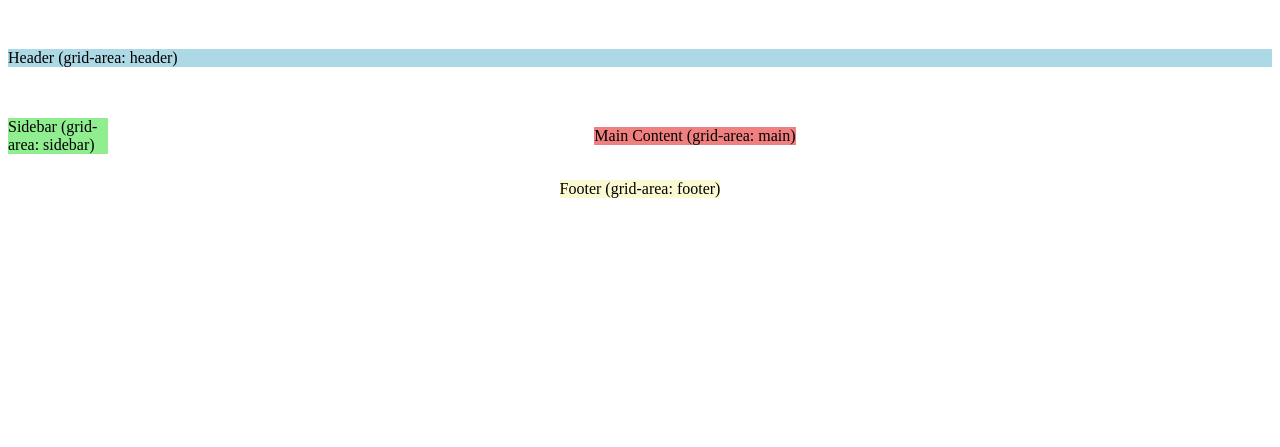
Repository: notgudmewhathuh12122334354556/GroceryInventory
Page: grid.html
The author's editor kept a copy of each file at every save. The page is drawn from the files as they stood at one save, then again after the next save.
The browser window is 1280 px wide. The pictures show the whole page.

Above is the page before, as saved 2024-11-19 22:39:40.

### grid.html
<!DOCTYPE html>
<html lang="en">
<head>
  <meta charset="UTF-8">
  <meta name="viewport" content="width=device-width, initial-scale=1.0">
  <title>All Grid Box CSS</title>
  <style>
    /* Grid Container */
    .container {
      display: grid;
      grid-template-columns: 100px 1fr 1fr; /* Fixed + flexible columns */
      grid-template-rows: 100px auto 50px; /* Custom row heights */
      gap: 10px; /* Space between items */
      grid-template-areas:
        "header header header"
        "sidebar main main"
        "footer footer footer";
      justify-items: center; /* Center items horizontally */
      align-items: center; /* Center items vertically */
      justify-content: space-between; /* Space between grid lines horizontally */
      align-content: center; /* Space between grid lines vertically */
    }

    /* Grid Items */
    .header {
      grid-area: header;
      background-color: lightblue;
      justify-self: stretch; /* Stretch horizontally */
    }

    .sidebar {
      grid-area: sidebar;
      background-color: lightgreen;
      align-self: start; /* Align at the top vertically */
    }

    .main {
      grid-area: main;
      background-color: lightcoral;
    }

    .footer {
      grid-area: footer;
      background-color: lightgoldenrodyellow;
    }

    /* Responsive Layout */
    @media (max-width: 600px) {
      .container {
        grid-template-columns: repeat(auto-fit, minmax(100px, 1fr)); /* Adjust for smaller screens */
        grid-template-areas:
          "header"
          "main"
          "sidebar"
          "footer";
      }
    }
  </style>
</head>
<body>
  <div class="container">
    <div class="header">Header (grid-area: header)</div>
    <div class="sidebar">Sidebar (grid-area: sidebar)</div>
    <div class="main">Main Content (grid-area: main)</div>
    <div class="footer">Footer (grid-area: footer)</div>
  </div>
</body>
</html>

After the next save:
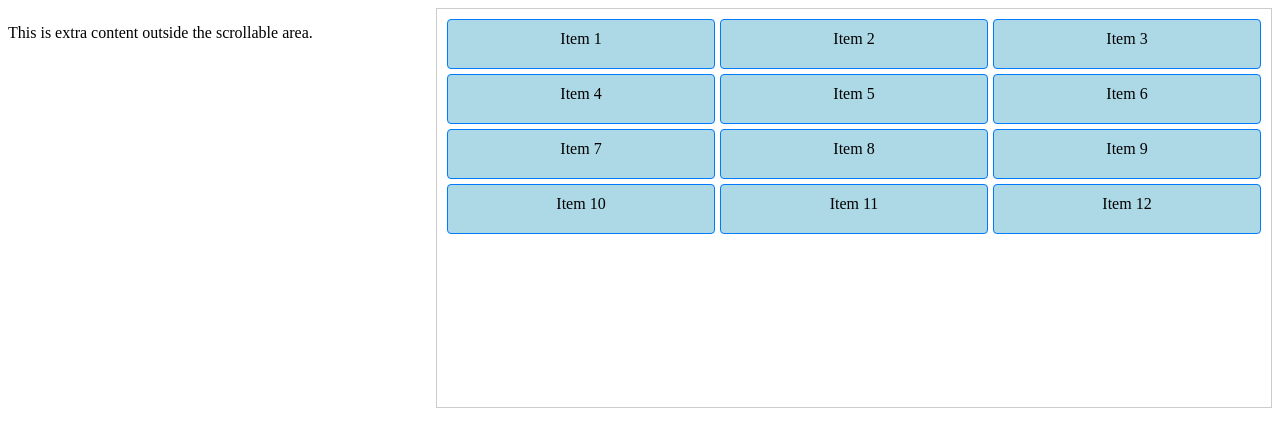
Saved 2 min 42 s later.
--- a/grid.html
+++ b/grid.html
@@ -3,66 +3,66 @@
 <head>
   <meta charset="UTF-8">
   <meta name="viewport" content="width=device-width, initial-scale=1.0">
-  <title>All Grid Box CSS</title>
+  <title>Scrollable Grid Inside Div</title>
   <style>
-    /* Grid Container */
+    /* Outer Container */
     .container {
       display: grid;
-      grid-template-columns: 100px 1fr 1fr; /* Fixed + flexible columns */
-      grid-template-rows: 100px auto 50px; /* Custom row heights */
-      gap: 10px; /* Space between items */
-      grid-template-areas:
-        "header header header"
-        "sidebar main main"
-        "footer footer footer";
-      justify-items: center; /* Center items horizontally */
-      align-items: center; /* Center items vertically */
-      justify-content: space-between; /* Space between grid lines horizontally */
-      align-content: center; /* Space between grid lines vertically */
+      grid-template-columns: 1fr 2fr; /* Two-column layout */
+      gap: 10px;
+      height: 400px; /* Set height for demonstration */
+    }
+
+    /* Scrollable Div */
+    .scrollable {
+      overflow-y: auto; /* Enables vertical scrolling */
+      max-height: 100%; /* Restrict height */
+      padding: 10px;
+      border: 1px solid #ccc;
+    }
+
+    /* Grid Inside Scrollable Div */
+    .scrollable-grid {
+      display: grid;
+      grid-template-columns: repeat(3, 1fr); /* Three columns */
+      grid-auto-rows: minmax(50px, auto); /* Dynamic rows */
+      gap: 5px;
     }
 
     /* Grid Items */
-    .header {
-      grid-area: header;
+    .grid-item {
       background-color: lightblue;
-      justify-self: stretch; /* Stretch horizontally */
-    }
-
-    .sidebar {
-      grid-area: sidebar;
-      background-color: lightgreen;
-      align-self: start; /* Align at the top vertically */
-    }
-
-    .main {
-      grid-area: main;
-      background-color: lightcoral;
-    }
-
-    .footer {
-      grid-area: footer;
-      background-color: lightgoldenrodyellow;
-    }
-
-    /* Responsive Layout */
-    @media (max-width: 600px) {
-      .container {
-        grid-template-columns: repeat(auto-fit, minmax(100px, 1fr)); /* Adjust for smaller screens */
-        grid-template-areas:
-          "header"
-          "main"
-          "sidebar"
-          "footer";
-      }
+      text-align: center;
+      padding: 10px;
+      border: 1px solid #007BFF;
+      border-radius: 4px;
     }
   </style>
 </head>
 <body>
   <div class="container">
-    <div class="header">Header (grid-area: header)</div>
-    <div class="sidebar">Sidebar (grid-area: sidebar)</div>
-    <div class="main">Main Content (grid-area: main)</div>
-    <div class="footer">Footer (grid-area: footer)</div>
+    <!-- Sidebar or Extra Content -->
+    <div class="extra-content">
+      <p>This is extra content outside the scrollable area.</p>
+    </div>
+
+    <!-- Scrollable Grid Container -->
+    <div class="scrollable">
+      <div class="scrollable-grid">
+        <div class="grid-item">Item 1</div>
+        <div class="grid-item">Item 2</div>
+        <div class="grid-item">Item 3</div>
+        <div class="grid-item">Item 4</div>
+        <div class="grid-item">Item 5</div>
+        <div class="grid-item">Item 6</div>
+        <div class="grid-item">Item 7</div>
+        <div class="grid-item">Item 8</div>
+        <div class="grid-item">Item 9</div>
+        <div class="grid-item">Item 10</div>
+        <div class="grid-item">Item 11</div>
+        <div class="grid-item">Item 12</div>
+      </div>
+    </div>
   </div>
 </body>
 </html>
